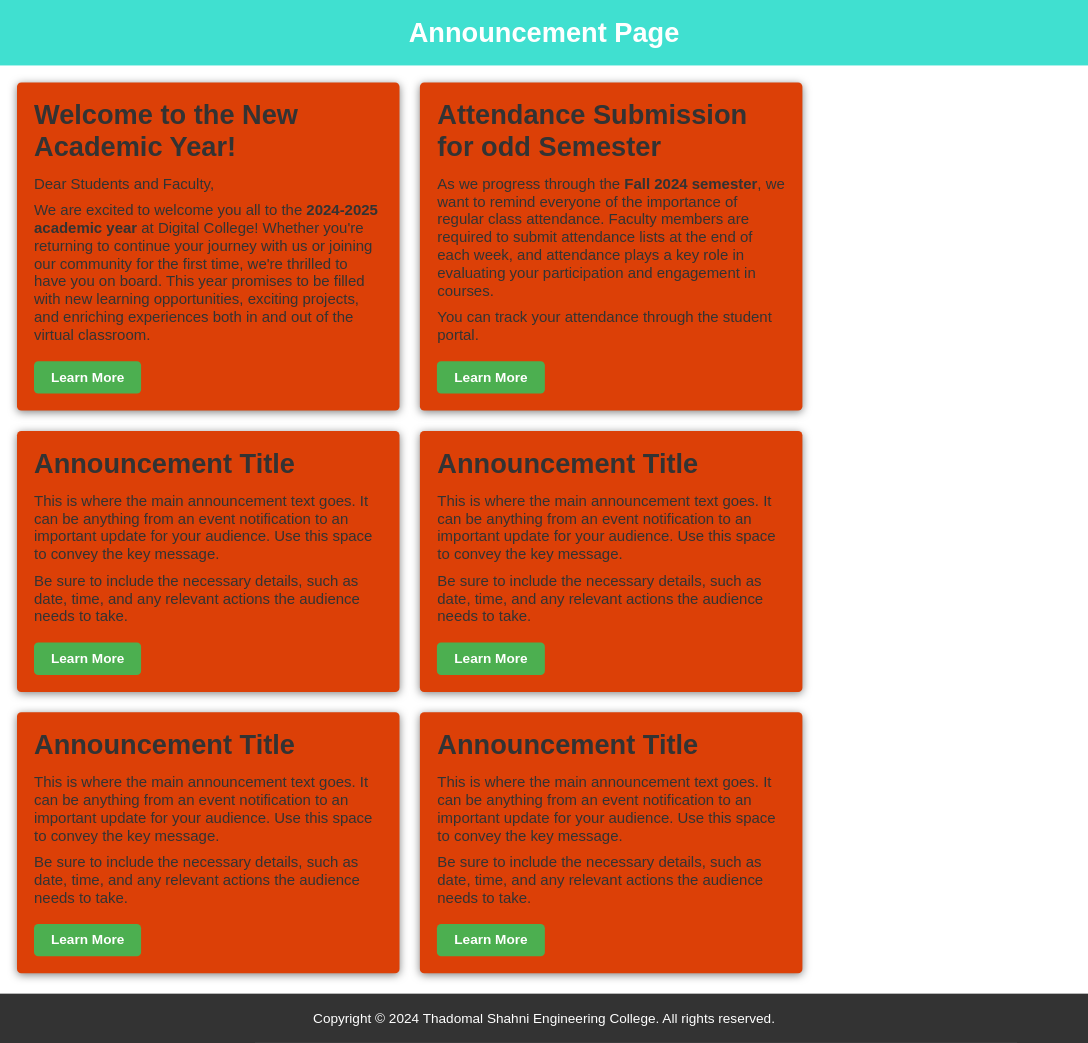
Repository: TejasS1233/MINITHON-hackathon-project
Page: annoucementpage.html
The author's editor kept a copy of each file at every save. The page is drawn from the files as they stood at one save, then again after the next save.
The browser window is 1280 px wide. The pictures show the whole page, at 85% of full size.

Above is the page before, as saved 2024-09-20 09:42:34.

After the next save:
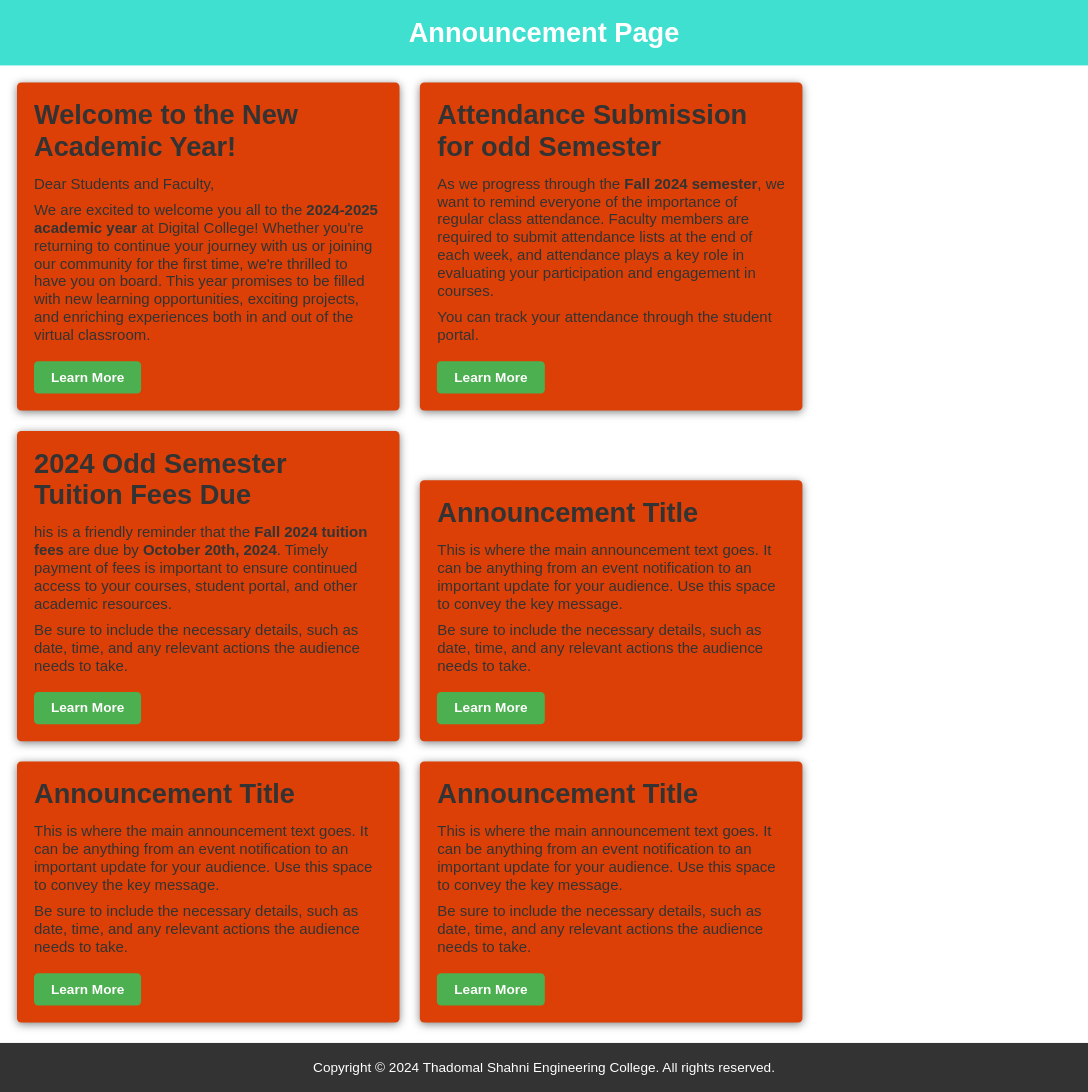
Saved 8 s later.
--- a/annoucementpage.html
+++ b/annoucementpage.html
@@ -40,10 +40,10 @@
         <a href="#" class="cta-button">Learn More</a>
     </div>
     <div class="announcement">
-        <h2>Announcement Title</h2>
+        <h2>2024 Odd Semester Tuition Fees Due</h2>
         <p>
-            This is where the main announcement text goes. It can be anything from an event notification to
-            an important update for your audience. Use this space to convey the key message.
+            his is a friendly reminder that the <strong>Fall 2024 tuition fees</strong> are due by <strong>October 20th, 2024</strong>.
+            Timely payment of fees is important to ensure continued access to your courses, student portal, and other academic resources.
         </p>
         <p>
             Be sure to include the necessary details, such as date, time, and any relevant actions the
